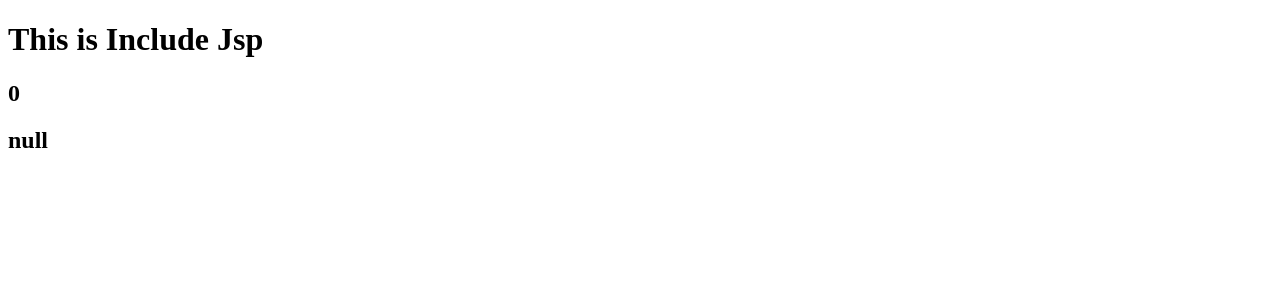
Repository: pawankumarsharm/UST_JDBC_SERVLET
Page: http://localhost/webappp/include.jsp
These files come from the project's save history. The page is drawn as it stood at one moment and after the next save; the edit follows.
The browser window is 1280 px wide. The pictures show the whole page.
The page is served by Tomcat 9. Other server files are loaded and not shown.

Above is the page before, as saved 2019-11-18 08:17:40.

### jdbc/webappp/WebContent/include.jsp
<%@ page language="java" contentType="text/html; charset=ISO-8859-1"
    pageEncoding="ISO-8859-1"%>
<!DOCTYPE html>
<html>
<head>
<meta charset="ISO-8859-1">
<title>Insert title here</title>
</head>
<body>
<h1>This is Include Jsp</h1>
<jsp:include page="/get-bean.jsp"/>
</body>
</html>

### jdbc/webappp/WebContent/get-bean.jsp
<%@ page language="java" contentType="text/html; charset=ISO-8859-1"
    pageEncoding="ISO-8859-1"%>
<!DOCTYPE html>

<jsp:useBean id="obj" class="com.ustglobal.webappp.servlet.Employee" scope="request"/>

<html>
<head>
<meta charset="ISO-8859-1">
<title>Insert title here</title>
</head>
<body>
<h2><%=obj.getId()%></h2>
<h2><%=obj.getName()%></h2>
</body>
</html>

### jdbc/webappp/src/com/ustglobal/webappp/servlet/Employee.java
package com.ustglobal.webappp.servlet;

public class Employee {
private int id;
private String name;
public int getId() {
	return id;
}
public void setId(int id) {
	this.id = id;
}
public String getName() {
	return name;
}
public void setName(String name) {
	this.name = name;
}


}

### jdbc/webappp/WebContent/index.jsp
<%@page import="java.util.Date"%>
<%@ page language="java" contentType="text/html; charset=ISO-8859-1"
    pageEncoding="ISO-8859-1"%>

    <%!

    public void jspInit(){
     System.out.println("this is init phase");
    }
    public void jspDestroy(){
        System.out.println("this is destroy phase");
       }




    %>


<!DOCTYPE html>
<html>
<head>
<meta charset="ISO-8859-1">
<title>Insert title here</title>
</head>
<%

	Date date=new Date();
m();
%>
<%!
public int i=10;
public void m(){
	System.out.println(i);
}
%>
<body>
<h1 style="color:green;">Date and Time is <%=date %></h1>
<h3><%=i %></h3>
</body>
</html>

After the next save:
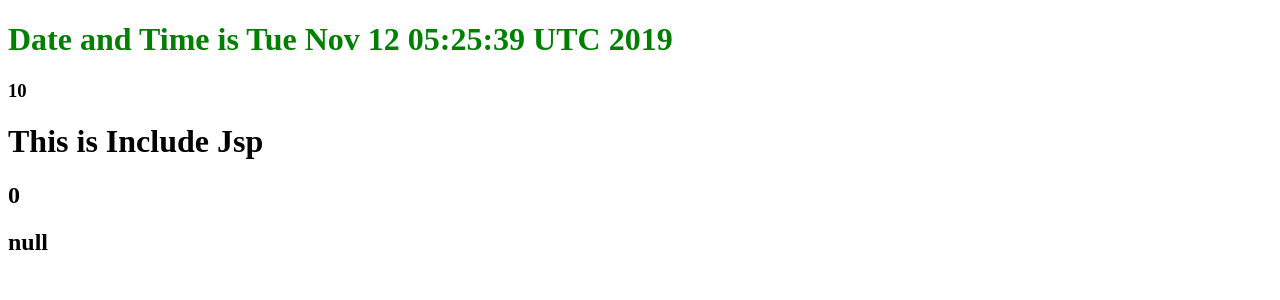
Saved 93 min 45 s later.
--- a/jdbc/webappp/WebContent/include.jsp
+++ b/jdbc/webappp/WebContent/include.jsp
@@ -1,5 +1,7 @@
 <%@ page language="java" contentType="text/html; charset=ISO-8859-1"
     pageEncoding="ISO-8859-1"%>
+
+  <%@include file="/index.jsp" %>
 <!DOCTYPE html>
 <html>
 <head>
